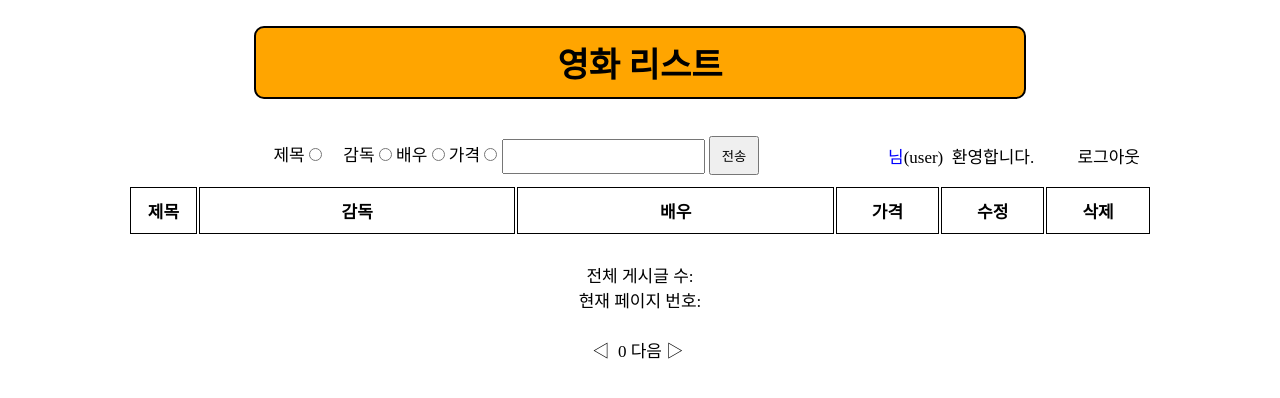
Repository: EverythingOfC/movie
Page: http://localhost/movie/movie/list.jsp
These files come from the project's save history. The page is drawn as it stood at one moment and after the next save; the edit follows.
The browser window is 1280 px wide. The pictures show the whole page.
The page is served by Tomcat 9. Nobody is signed in. The application's start-up code is not run. The template is opened directly, without the code that normally fills it, so the values that code supplies are empty.

Above is the page before, as saved 2023-01-03 10:02:20.

After the next save:
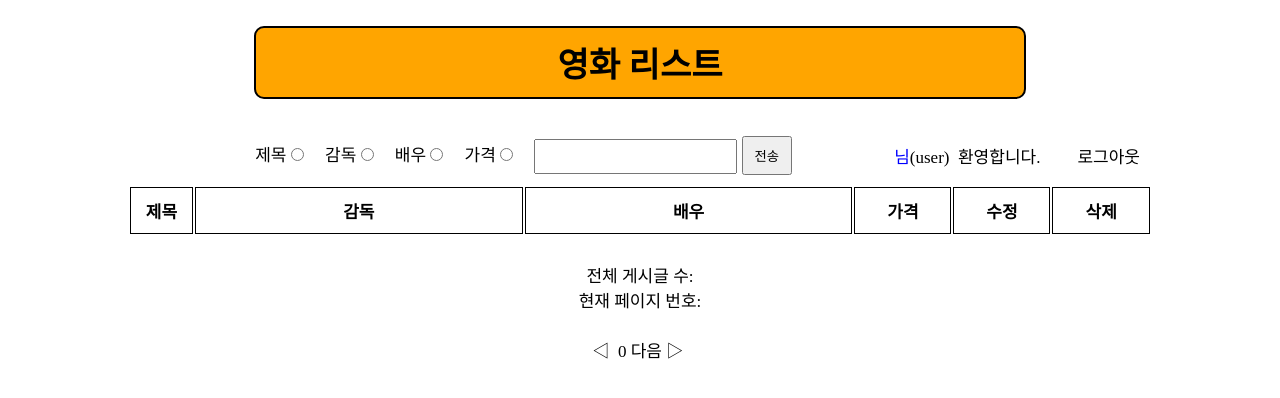
Saved 6 s later.
--- a/movie/src/main/webapp/movie/list.jsp
+++ b/movie/src/main/webapp/movie/list.jsp
@@ -26,13 +26,13 @@
 				<input type="radio" name="column" value="title">&emsp;
 
 				<label for="direcotr">감독</label>
-				<input type="radio" name="column" value="director">
+				<input type="radio" name="column" value="director">&emsp;
 
 				<label for="actor">배우</label>
-				<input type="radio" name="column" value="actor">
+				<input type="radio" name="column" value="actor">&emsp;
 
 				<label for="price">가격</label>
-				<input type="radio" name="column" value="price">
+				<input type="radio" name="column" value="price">&emsp;
 
 				<input type="text" name="search" style="padding:8px 11px;">
 				<input type="submit" value="전송" style="padding:8px 11px;">
